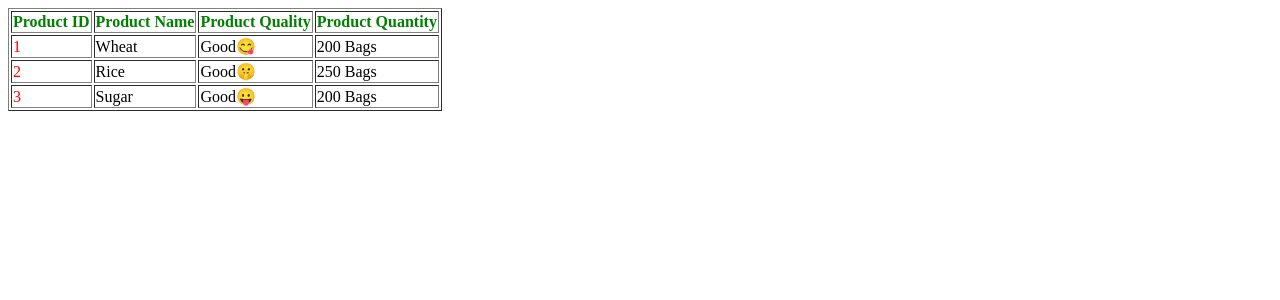
Repository: Niveditha307/aws
Page: session1_2.html
The author's editor kept a record of every edit. The page is drawn from the files as they stood at one moment, then again after the next edit.
The browser window is 1280 px wide. The pictures show the whole page.

Above is the page before.

After the next edit:
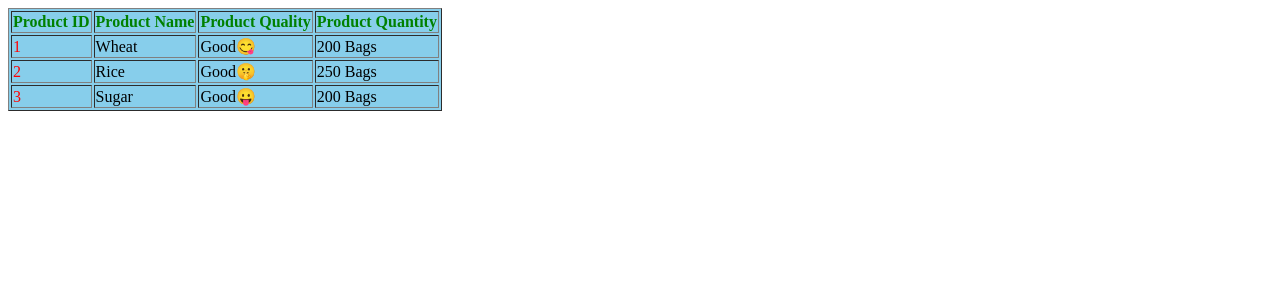
The edit:
--- a/session1_2.html
+++ b/session1_2.html
@@ -5,7 +5,7 @@
        <title>Table</title>
    </head>
    <body>
-    <table border="1">
+    <table border="1" bgcolor="skyblue">
      <tr style="color:green">
         <th >Product ID</th>
         <th>Product Name</th>
